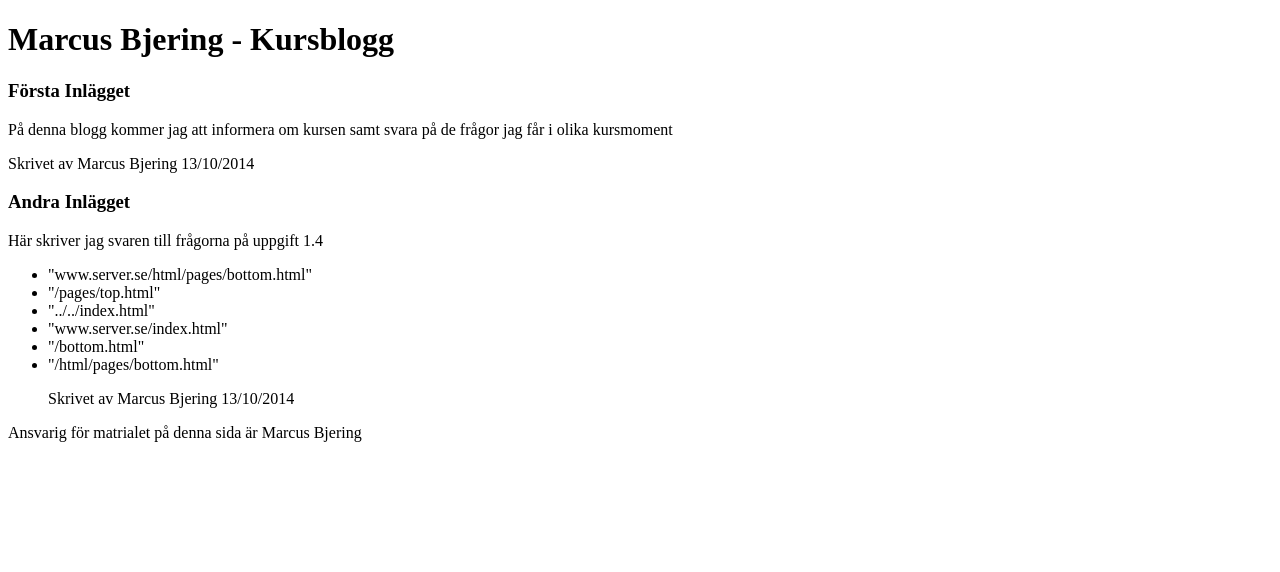
Repository: mb223ks/1IK415-laborationer
Page: index.html
The author's editor kept a record of every edit. The page is drawn from the files as they stood at one moment, then again after the next edit.
The browser window is 1280 px wide. The pictures show the whole page.

Above is the page before.

### index.html
<!DOCTYPE html>
<html lang ="sv">
    <head>
        <meta charset="utf-8" />
        <title>Marcus blogg</title>
    </head>
    <body>
        <h1>Marcus Bjering - Kursblogg</h1>
        <h3>Första Inlägget</h3>
        <p>På denna blogg kommer jag att informera om kursen samt svara på de frågor jag får i olika kursmoment</p>
        <p>Skrivet av Marcus Bjering 13/10/2014</p>

        <h3>Andra Inlägget</h3>
        <p>Här skriver jag svaren till frågorna på uppgift 1.4</p>
        <ul>
            <li>"www.server.se/html/pages/bottom.html"</li>
            <li>"/pages/top.html"</li>
            <li>"../../index.html"</li>
            <li>"www.server.se/index.html"</li>
            <li>"/bottom.html"</li>
            <li>"/html/pages/bottom.html"</li>
            <p>Skrivet av Marcus Bjering 13/10/2014</p>
        </ul>
        <footer>
        <p>Ansvarig för matrialet på denna sida är Marcus Bjering</p>
        </footer>
    </body>
</html>

After the next edit:
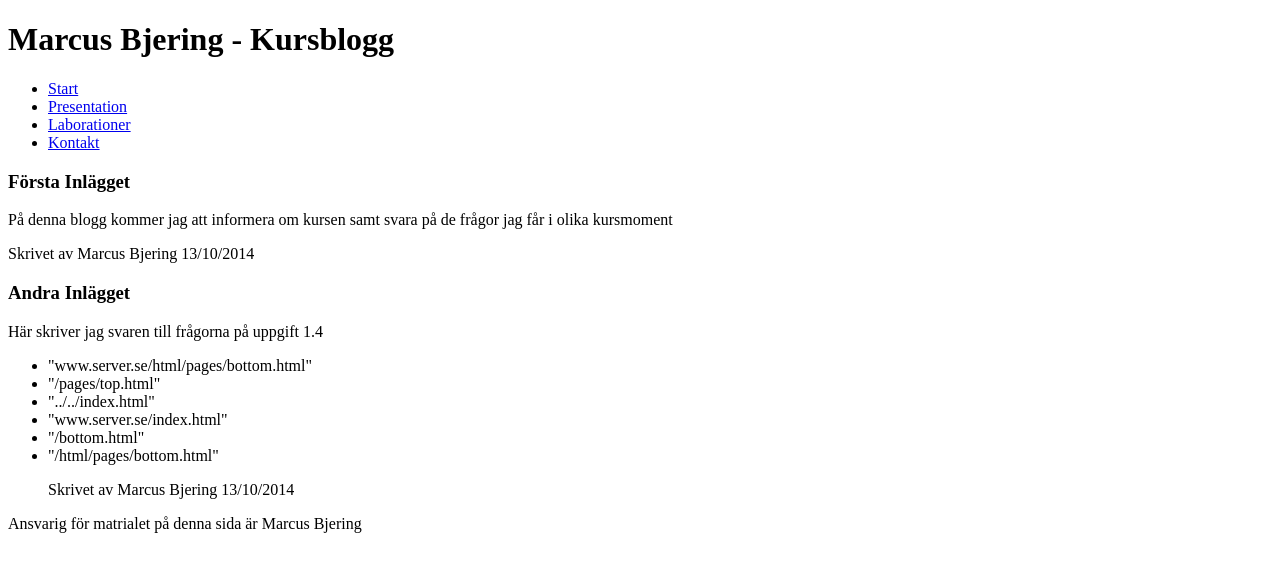
The edit:
--- a/index.html
+++ b/index.html
@@ -6,6 +6,12 @@
     </head>
     <body>
         <h1>Marcus Bjering - Kursblogg</h1>
+         <ul>
+            <li><a href="/index.html">Start</a></li>
+            <li><a href="pages/presentation.html">Presentation</a></li>
+            <li><a href="pages/laborationer.html">Laborationer</a></li>
+            <li><a href="pages/kontakt.html">Kontakt</a></li>
+        </ul>
         <h3>Första Inlägget</h3>
         <p>På denna blogg kommer jag att informera om kursen samt svara på de frågor jag får i olika kursmoment</p>
         <p>Skrivet av Marcus Bjering 13/10/2014</p>
